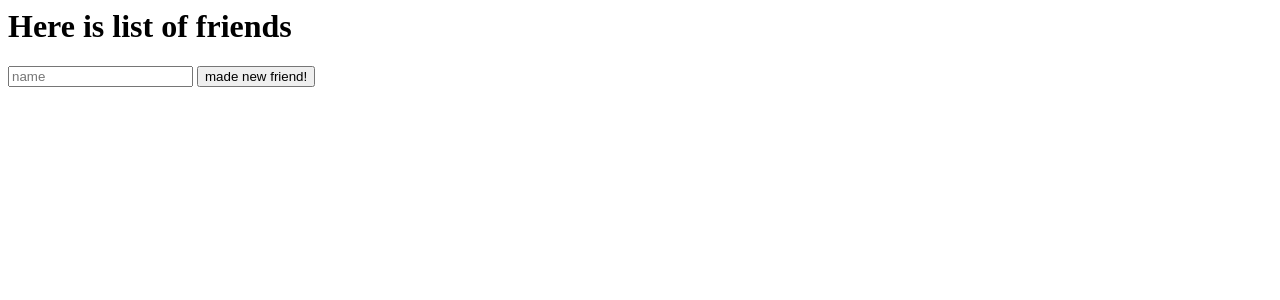
Repository: ttyt0416/-
Page: http://localhost/friends
The author's editor kept a record of every edit. The page is drawn from the files as they stood at one moment, then again after the next edit.
The browser window is 1280 px wide. The pictures show the whole page.
The page is served by the project's Node server (nodeJS/thirdprac/app.js).

Above is the page before.

### Node JS study/with c9/nodeJS/thirdprac/views/friends.ejs
<h1>Here is list of friends</h1>

<% friends.forEach(function(friend) { %>
   <li>
       <%= friend %>
   </li>
<% }) %>


<form action="/addfriend" method="POST">
    <input type="text" placeholder="name" name="newfriend">
    <button>made new friend!</button>

</form>

### Node JS study/with c9/nodeJS/thirdprac/app.js
let express = require("express");
let app = express();
let bodyParser = require("body-parser");

app.use(bodyParser.urlencoded({extended: true}));
app.set("view engine", "ejs");

let list = [];

app.get("/", function(req, res) {
    res.render("home");
});

app.post("/addfriend", function(req, res) {
    let newFriend = req.body.newfriend;
    list.push(newFriend);
    res.redirect("/friends");
});

app.get("/friends", function(req, res) {
    res.render("friends", {friends: list});
});



app.listen(process.env.PORT, process.env.IP, function() {
    console.log("app has started");
});

### Node JS study/with c9/nodeJS/thirdprac/views/partials/header.ejs
<!DOCTYPE html>
<html>
    <head lang="en">
        <meta charset="UTF-8">
        <link rel="stylesheet" type="text/css" href="/app.css">
        <title>studying</title>
    </head>
    <body>

### Node JS study/with c9/nodeJS/secondprac/public/app.css
body {
    color: yellow;
    background-color: green;
}

After the next edit:
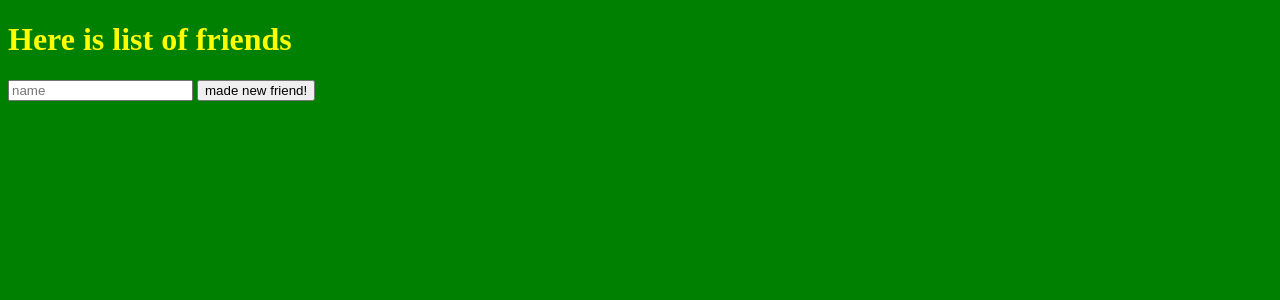
The edit:
--- a/Node JS study/with c9/nodeJS/thirdprac/views/friends.ejs
+++ b/Node JS study/with c9/nodeJS/thirdprac/views/friends.ejs
@@ -1,3 +1,5 @@
+<%- include ("partials/header") %>
+
 <h1>Here is list of friends</h1>
 
 <% friends.forEach(function(friend) { %>
